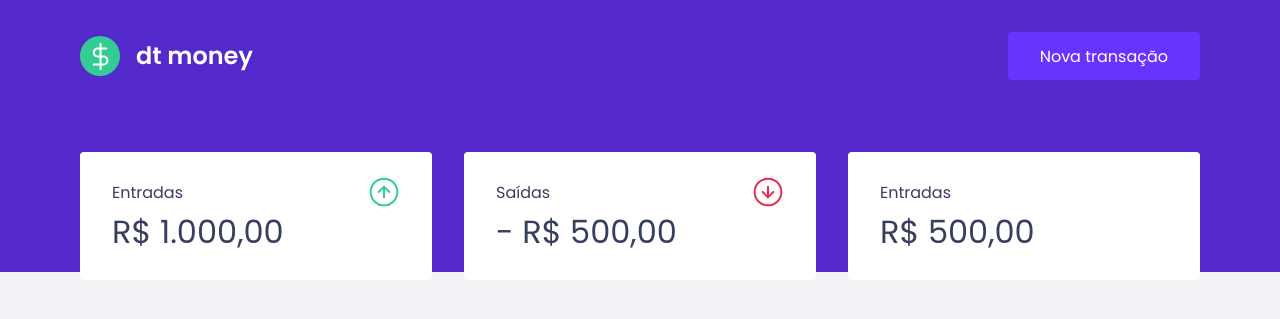
Repository: lucaslopesdevv/dtmoney
Page: /
An editor plug-in stored every save of this project. The page is shown before and after the next save, followed by the edit.
The browser window is 1280 px wide. The pictures show the whole page.
The project was rebuilt for these pictures with package versions that can differ from the ones it lists, and the page was loaded fresh each time.

Above is the page before, as saved 2021-12-06 21:18:13.

### public/index.html
<!DOCTYPE html>
<html lang="en">
  <head>
    <link rel="preconnect" href="https://fonts.googleapis.com">
    <link rel="preconnect" href="https://fonts.gstatic.com" crossorigin>
    <meta charset="utf-8" />
    <meta name="viewport" content="width=device-width, initial-scale=1" />

<Link rel="shortcut icon" href="favicon.png" type="image/png"/>

    <title>Dtmoney</title>
    <link href="https://fonts.googleapis.com/css2?family=Poppins:wght@400;600&family=Roboto:wght@400;700&display=swap" rel="stylesheet">


  </head>
  <body>
    <noscript>You need to enable JavaScript to run this app.</noscript>
    <div id="root"></div>
  </body>
</html>

### src/App.tsx

import { Dashboard } from "./components/Header/Dashboard";
import { Header } from "./components/Header/index";
import { GlobalStyle } from "./styles/global";

export function App() {
  return (
    <>
      <Header />
      <Dashboard />
      <GlobalStyle />
    </>
  );
}

### src/components/Header/Dashboard/index.tsx
import { Summary } from '../../Summary';

import { Container } from './styles';


export function Dashboard() {
    return (
        <Container>
            <Summary />
        </Container>
    );
}

### src/components/Header/index.tsx
import logoImg from '../../assets/logo.svg';
import { Container, Content } from './styles';

export function Header() {
    return (
        <Container>
            <Content>
                <img src={logoImg} alt="dt money" />
                <button type="button">
                    Nova transação
                </button>
            </Content>
        </Container>
    )
}

### src/styles/global.ts
import { createGlobalStyle } from 'styled-components';

export const GlobalStyle = createGlobalStyle`
:root {
    --background: #F0F2F5;
    --red: #e52e4d;
    --blue: #5429cc;
    --blue-light: #6933ff;

    --text-title: #363f5f;
    --text-body: #969cb3;

    --shape: #ffffff;
}
    *{
        margin: 0;
        padding: 0;
        box-sizing: boder-box;
    }

/*font-size: 16px (Desktop)*/

html {
    @media (max-width: 1080px){
        font-size: 93.75%; /*15px*/
    }

    @media (max-width: 720px){
        font-size: 87.5%; /*14px*/
    }
}

    body {
        background-color: var(--background);
        -webkit-font-smoothing: antialiased;
    }

    body, input, textarea, button {
        font-family: 'Poppins', sans-serif;
        font-weight: 400;
    }

    h1, h2, h3, h4, h5, h6, strong{
        font-weight: 600;
    }

    button{
        cursor: pointer;
    }

    [disabled] {
        opacity: 0.6;
        cursor: not-allowed;
    }


`

### src/components/Summary/index.tsx
import incomeImg from '../../assets/income.svg';
import outcomeImg from '../../assets/outcome.svg';
import totalImg from '../../assets/total.svg';

import { Container } from './styles';

export function Summary() {
    return (
        <Container>
            <div>
                <header>
                    <p>Entradas</p>
                    <img src={incomeImg} alt="Entradas" />
                </header>
                <strong>R$ 1.000,00</strong>
            </div>

            <div>
                <header>
                    <p>Saídas</p>
                    <img src={outcomeImg} alt="Saídas" />
                </header>
                <strong>- R$ 500,00</strong>
            </div>

            <div>
                <header>
                    <p>Entradas</p>
                    <img src={totalImg} alt="Total" />
                </header>
                <strong>R$ 500,00</strong>
            </div>
        </Container>
    )
}

### src/components/Header/Dashboard/styles.ts
import styled from "styled-components";

export const Container = styled.main`

    max-width: 1120px;
    margin: 0 auto;
    padding: 2.5rem 1rem;
`;

### src/components/Header/styles.ts
import styled from 'styled-components';

export const Container = styled.header`
background: var(--blue);

`;

export const Content = styled.div`
    max-width: 1120px;
    margin: 0 auto;

    padding: 2rem 1rem 12rem;
    display: flex;
    align-items: center;
    justify-content: space-between;

button{
    font-size: 1rem;
    color: #FFF;
    background: var(--blue-light);
    border: 0;
    padding: 0 2rem;
    border-radius: 0.25rem;
    height: 3rem;

    transition: filter 0.2s;

    &:hover{
        filter: brightness(0.9);
    }
}
`;

### src/components/Summary/styles.ts
import styled from "styled-components";

export const Container = styled.div`
    display: grid;
    grid-template-columns: repeat(3, 1fr);
    gap: 2rem;
    margin-top: -10rem;

    div {
        background: var(--shape);
        padding: 1.5rem 2rem;
        border-radius: 0.25rem;
        color: var(--text-title);
    }

    header{
        display: flex;
        align-items: center;
        justify-content: space-between;
    }

    strong {
        margin-top: 1rem;
        font-size: 2rem;
        font-weight: 500;
        line-height: 3rem;
    }
`;

Loaded but not shown: src/index.tsx (common file)

After the next save:
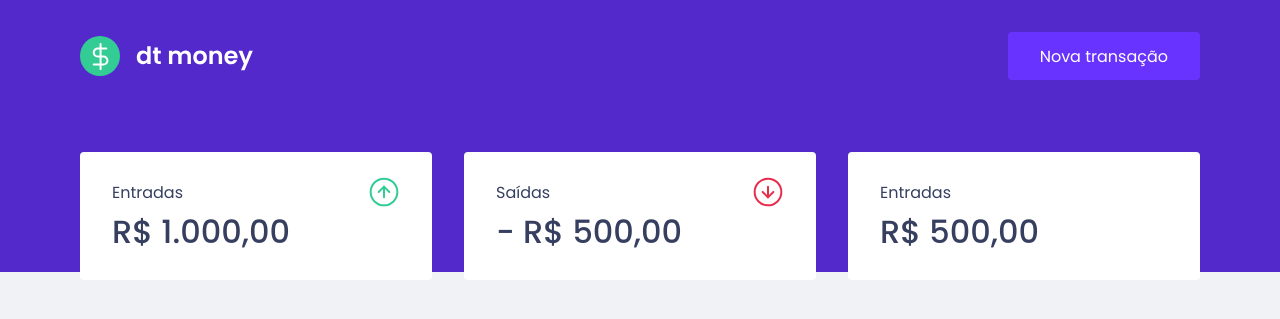
Saved 40 s later.
--- a/public/index.html
+++ b/public/index.html
@@ -9,7 +9,7 @@
 <Link rel="shortcut icon" href="favicon.png" type="image/png"/>
 
     <title>Dtmoney</title>
-    <link href="https://fonts.googleapis.com/css2?family=Poppins:wght@400;600&family=Roboto:wght@400;700&display=swap" rel="stylesheet">
+    <link href="https://fonts.googleapis.com/css2?family=Poppins:wght@400;500;600&family=Roboto:wght@400;700&display=swap" rel="stylesheet">
 
 
   </head>
